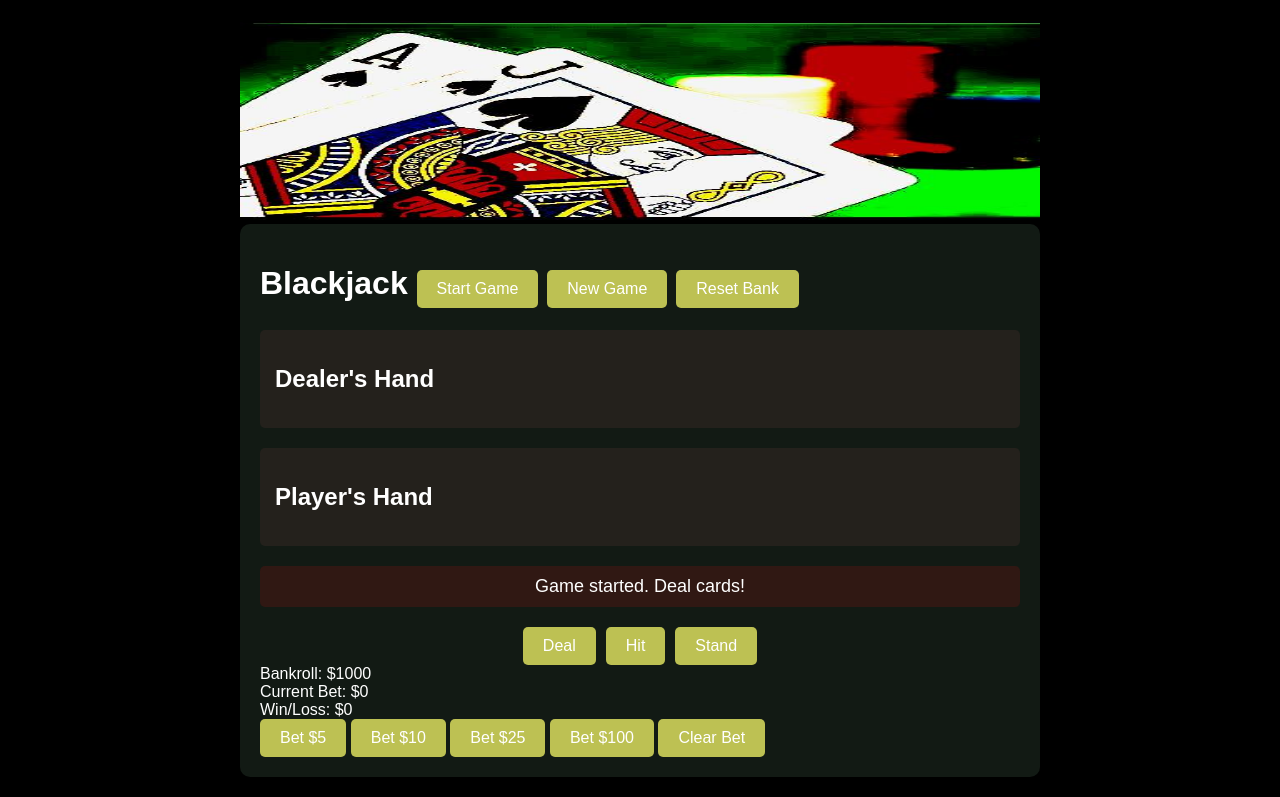
Repository: fahad7252/project-1-blackjack
Page: index.html
The author's editor kept a copy of each file at every save. The page is drawn from the files as they stood at one save, then again after the next save.
The browser window is 1280 px wide. The pictures show the whole page.

Above is the page before, as saved 2024-12-02 16:41:39.
Console error: ReferenceError: handleDeal is not defined

### index.html
<!DOCTYPE html>
<html lang="en">
<head>
    <meta charset="UTF-8">
    <meta name="viewport" content="width=device-width, initial-scale=1.0">
    <title>Blackjack Game</title>
    <link rel="stylesheet" href="css/main.css" type="text/css">
    <link rel="stylesheet" href="css/cardstarter.css" type="text/css">
</head>
<body>
    <img src="blackjack.JPG"  class="landing-image">
    <div class="game-board">
        <h1>Blackjack <button id="start-button">Start Game</button>
             <button id="new-game-button">New Game</button>
             <button id="reset-bank-button">Reset Bank</button></h1>
         <div class="hand">
            <h2>Dealer's Hand</h2>
            <div id="dealer-hand"></div>
        </div>

        <div class="hand">
            <h2>Player's Hand</h2>
            <div id="player-hand"></div>
        </div>

        <div id="message">Game started. Deal cards!</div>

        <div class="controls">
            <button id="deal-button">Deal</button>
            <button id="hit-button">Hit</button>
            <button id="stand-button">Stand</button>

        </div>
        <div class="bank-stats">
            <div>Bankroll: $<span id="bankroll">1000</span></div>
            <div>Current Bet: $<span id="current-bet">0</span></div>
            <div>Win/Loss: $<span id="win-loss">0</span></div>
        </div>

        <div class="betting-controls">
            <button id="bet-5">Bet $5</button>
            <button id="bet-10">Bet $10</button>
            <button id="bet-25">Bet $25</button>
            <button id="bet-100">Bet $100</button>
            <button id="clear-bet">Clear Bet</button>
        </div>
    </div>
    <div class="card09"></div>
    <script defer src="js/main.js"></script>
</body>
</html>

### css/main.css
body {
    font-family: Arial, sans-serif;
    max-width: 800px;
    margin: 0 auto;
    padding: 20px;
    background-color: #000000;
    color: white;
}
.landing-image { width: 100%;
     height: auto;
     max-height: 200px;
}
.game-board {
    background-color: #121a14;
    padding: 20px;
    border-radius: 10px;
    box-shadow: 0 0 10px rgba(0, 0, 0, 0.3);
    height: auto;
}
.hand {
    margin: 20px 0;
    padding: 15px;
    background-color: rgba(113, 62, 62, 0.2);
    border-radius: 5px;
}
.controls {
    display: flex;
    gap: 10px;
    justify-content: center;
    margin-top: 20px;
}
button {
    padding: 10px 20px;
    font-size: 16px;
    cursor: pointer;
    background-color: #bdc153;
    color: white;
    border: none;
    border-radius: 5px;
}
button:disabled {
    background-color: #cccccc;
    cursor: not-allowed;
}
#message {
    text-align: center;
    font-size: 18px;
    margin: 20px 0;
    padding: 10px;
    background-color: rgba(168, 17, 17, 0.2);
    border-radius: 5px;
}

### css/cardstarter.css
@charset "UTF-8";
.card {
  box-sizing: border-box;
  display: inline-block;
  margin: 5px 5px 50px 5px;
  cursor: pointer;
  /* Set the card's dimensions, and size it relative to
     it's font size. */
  font-size: inherit;
  width: 4.0em;
  height: 5.5em;
  /* Add a default background color and border. */
  background-color: #fff;
  border-radius: 0.20em;
  border: 1px solid #c3c3c3;
  /* Scale and set the background settings. */
  background-repeat: no-repeat;
  background-position: center center;
  background-size: contain;
  /* "Hide" any text within the element (use text to be
     simply compliant with screen readers, etc.). */
  text-indent: 100%;
  white-space: nowrap;
  overflow: hidden;
  /* Default sizes for cards (size based off the font). */
  /* Optional styles for cards: borderless and drop shadow. */
  /* Not a card, but a card-shaped outline to represent a
     droppable place, like an empty pile. */ }
  .card.small {
    font-size: 12px; }
  .card.large {
    font-size: 26px; }
  .card.xlarge {
    font-size: 42px; }
  .card.no-border {
    border: 0; }
  .card.shadow {
    box-shadow: 2px 2px 3px 0 rgba(41, 41, 41, 0.75); }
  .card.outline {
    background-image: none;
    background-color: rgba(195, 195, 195, 0.5);
    border: 0.15em dashed #daa520; }

.card.diamonds.A,
.card.dA,
.card.♦A {
  background-image: url("../images/diamonds/diamonds-A.svg"); }

.card.diamonds.K,
.card.dK,
.card.♦K {
  background-image: url("../images/diamonds/diamonds-K.svg"); }

.card.diamonds.Q,
.card.dQ,
.card.♦Q {
  background-image: url("../images/diamonds/diamonds-Q.svg"); }

.card.diamonds.J,
.card.dJ,
.card.♦J {
  background-image: url("../images/diamonds/diamonds-J.svg"); }

.card.diamonds.r10,
.card.d10,
.card.♦10 {
  background-image: url("../images/diamonds/diamonds-r10.svg"); }

.card.diamonds.r09,
.card.d09,
.card.♦09 {
  background-image: url("../images/diamonds/diamonds-r09.svg"); }

.card.diamonds.r08,
.card.d08,
.card.♦08 {
  background-image: url("../images/diamonds/diamonds-r08.svg"); }

.card.diamonds.r07,
.card.d07,
.card.♦07 {
  background-image: url("../images/diamonds/diamonds-r07.svg"); }

.card.diamonds.r06,
.card.d06,
.card.♦06 {
  background-image: url("../images/diamonds/diamonds-r06.svg"); }

.card.diamonds.r05,
.card.d05,
.card.♦05 {
  background-image: url("../images/diamonds/diamonds-r05.svg"); }

.card.diamonds.r04,
.card.d04,
.card.♦04 {
  background-image: url("../images/diamonds/diamonds-r04.svg"); }

.card.diamonds.r03,
.card.d03,
.card.♦03 {
  background-image: url("../images/diamonds/diamonds-r03.svg"); }

.card.diamonds.r02,
.card.d02,
.card.♦02 {
  background-image: url("../images/diamonds/diamonds-r02.svg"); }

.card.hearts.A,
.card.hA,
.card.♥A {
  background-image: url("../images/hearts/hearts-A.svg"); }

.card.hearts.K,
.card.hK,
.card.♥K {
  background-image: url("../images/hearts/hearts-K.svg"); }

.card.hearts.Q,
.card.hQ,
.card.♥Q {
  background-image: url("../images/hearts/hearts-Q.svg"); }

.card.hearts.J,
.card.hJ,
.card.♥J {
  background-image: url("../images/hearts/hearts-J.svg"); }

.card.hearts.r10,
.card.h10,
.card.♥10 {
  background-image: url("../images/hearts/hearts-r10.svg"); }

.card.hearts.r09,
.card.h09,
.card.♥09 {
  background-image: url("../images/hearts/hearts-r09.svg"); }

.card.hearts.r08,
.card.h08,
.card.♥08 {
  background-image: url("../images/hearts/hearts-r08.svg"); }

.card.hearts.r07,
.card.h07,
.card.♥07 {
  background-image: url("../images/hearts/hearts-r07.svg"); }

.card.hearts.r06,
.card.h06,
.card.♥06 {
  background-image: url("../images/hearts/hearts-r06.svg"); }

.card.hearts.r05,
.card.h05,
.card.♥05 {
  background-image: url("../images/hearts/hearts-r05.svg"); }

.card.hearts.r04,
.card.h04,
.card.♥04 {
  background-image: url("../images/hearts/hearts-r04.svg"); }

.card.hearts.r03,
.card.h03,
.card.♥03 {
  background-image: url("../images/hearts/hearts-r03.svg"); }

.card.hearts.r02,
.card.h02,
.card.♥02 {
  background-image: url("../images/hearts/hearts-r02.svg"); }

.card.spades.A,
.card.sA,
.card.♠A {
  background-image: url("../images/spades/spades-A.svg"); }

.card.spades.K,
.card.sK,
.card.♠K {
  background-image: url("../images/spades/spades-K.svg"); }

.card.spades.Q,
.card.sQ,
.card.♠Q {
  background-image: url("../images/spades/spades-Q.svg"); }

.card.spades.J,
.card.sJ,
.card.♠J {
  background-image: url("../images/spades/spades-J.svg"); }

.card.spades.r10,
.card.s10,
.card.♠10 {
  background-image: url("../images/spades/spades-r10.svg"); }

.card.spades.r09,
.card.s09,
.card.♠09 {
  background-image: url("../images/spades/spades-r09.svg"); }

.card.spades.r08,
.card.s08,
.card.♠08 {
  background-image: url("../images/spades/spades-r08.svg"); }

.card.spades.r07,
.card.s07,
.card.♠07 {
  background-image: url("../images/spades/spades-r07.svg"); }

.card.spades.r06,
.card.s06,
.card.♠06 {
  background-image: url("../images/spades/spades-r06.svg"); }

.card.spades.r05,
.card.s05,
.card.♠05 {
  background-image: url("../images/spades/spades-r05.svg"); }

.card.spades.r04,
.card.s04,
.card.♠04 {
  background-image: url("../images/spades/spades-r04.svg"); }

.card.spades.r03,
.card.s03,
.card.♠03 {
  background-image: url("../images/spades/spades-r03.svg"); }

.card.spades.r02,
.card.s02,
.card.♠02 {
  background-image: url("../images/spades/spades-r02.svg"); }

.card.clubs.A,
.card.cA,
.card.♣A {
  background-image: url("../images/clubs/clubs-A.svg"); }

.card.clubs.K,
.card.cK,
.card.♣K {
  background-image: url("../images/clubs/clubs-K.svg"); }

.card.clubs.Q,
.card.cQ,
.card.♣Q {
  background-image: url("../images/clubs/clubs-Q.svg"); }

.card.clubs.J,
.card.cJ,
.card.♣J {
  background-image: url("../images/clubs/clubs-J.svg"); }

.card.clubs.r10,
.card.c10,
.card.♣10 {
  background-image: url("../images/clubs/clubs-r10.svg"); }

.card.clubs.r09,
.card.c09,
.card.♣09 {
  background-image: url("../images/clubs/clubs-r09.svg"); }

.card.clubs.r08,
.card.c08,
.card.♣08 {
  background-image: url("../images/clubs/clubs-r08.svg"); }

.card.clubs.r07,
.card.c07,
.card.♣07 {
  background-image: url("../images/clubs/clubs-r07.svg"); }

.card.clubs.r06,
.card.c06,
.card.♣06 {
  background-image: url("../images/clubs/clubs-r06.svg"); }

.card.clubs.r05,
.card.c05,
.card.♣05 {
  background-image: url("../images/clubs/clubs-r05.svg"); }

.card.clubs.r04,
.card.c04,
.card.♣04 {
  background-image: url("../images/clubs/clubs-r04.svg"); }

.card.clubs.r03,
.card.c03,
.card.♣03 {
  background-image: url("../images/clubs/clubs-r03.svg"); }

.card.clubs.r02,
.card.c02,
.card.♣02 {
  background-image: url("../images/clubs/clubs-r02.svg"); }

.card.joker {
  background-image: url("../images/jokers/joker.svg"); }

.card.joker-black {
  background-image: url("../images/jokers/joker-black.svg"); }

.card.joker-red {
  background-image: url("../images/jokers/joker-red.svg"); }

.card.back {
  background-image: url("../images/backs/blue.svg"); }

.card.back-blue {
  background-image: url("../images/backs/blue.svg"); }

.card.back-red {
  background-image: url("../images/backs/red.svg"); }

.card.tot {
  background-image: url("../images/backs/tot.png");
}

/* Re-orients the cards for different directions. While
   they are symmetric, it's still important to orient
   them correctly in case text or other symbols are
   layered on them with CSS pseudo-selectors, new
   classes/rules, etc. */
.card.west,
.card.W {
  transform: rotate(90deg);
  margin: auto 0.75em; }
  .card.west.shadow,
  .card.W.shadow {
    box-shadow: 2px -2px 3px 0 rgba(41, 41, 41, 0.75); }

.card.north,
.card.N {
  transform: rotate(180deg); }
  .card.north.shadow,
  .card.N.shadow {
    box-shadow: -2px -2px 3px 0 rgba(41, 41, 41, 0.75); }

.card.east,
.card.E {
  transform: rotate(270deg);
  margin: auto 0.75em; }
  .card.east.shadow,
  .card.E.shadow {
    box-shadow: -2px 2px 3px 0 rgba(41, 41, 41, 0.75); }

### js/main.js
 /*----- constants -----*/
  const suits = ["Hearts", "Diamond", "Clubs", "Spades"];
  const values = ["2", "3", "4", "5", "6", "7", "8", "9", "10", "J", "Q", "K", "A"];

  /*----- state variables -----*/

   let deck = [];
   let playerHand = [];
   let dealerHand = [];
   let bankroll = 1000;
   let currentBet = 0;
   let winLoss = 0;

  /*----- cached elements  -----*/
const messageElement = document.getElementById('message');
const dealerHandElement = document.getElementById('dealer-hand');
const playerHandElement = document.getElementById('player-hand');
const bankrollElement = document.getElementById('bankroll');
const currentBetElement = document.getElementById('current-bet');
const winLossElement = document.getElementById('win-loss');

  /*----- event listeners -----*/
  document.addEventListener('DOMContentLoaded', init);
  document.getElementById('deal-button').addEventListener('click', handleDeal);
  document.getElementById('hit-button').addEventListener('click', handleHit);
  document.getElementById('stand-button').addEventListener('click', handleStand);
  document.getElementById('start-button').addEventListener('click', startGame);
  document.getElementById('new-game-button').addEventListener('click', newGame);
  document.getElementById('reset-bank-button').addEventListener('click', resetBank);

  /*----- functions -----*/
  function init() {

    createDeck();
    shuffleDeck();
    startGame();
    stakeMoney();
     playerHand = [];
      dealerHand = [];
       message.textContent = 'Game started. Deal cards!';

        updateHands();
        hitStand();
        winnerLoser();
        newGame();
        resetBank();
       render()
  }

After the next save:
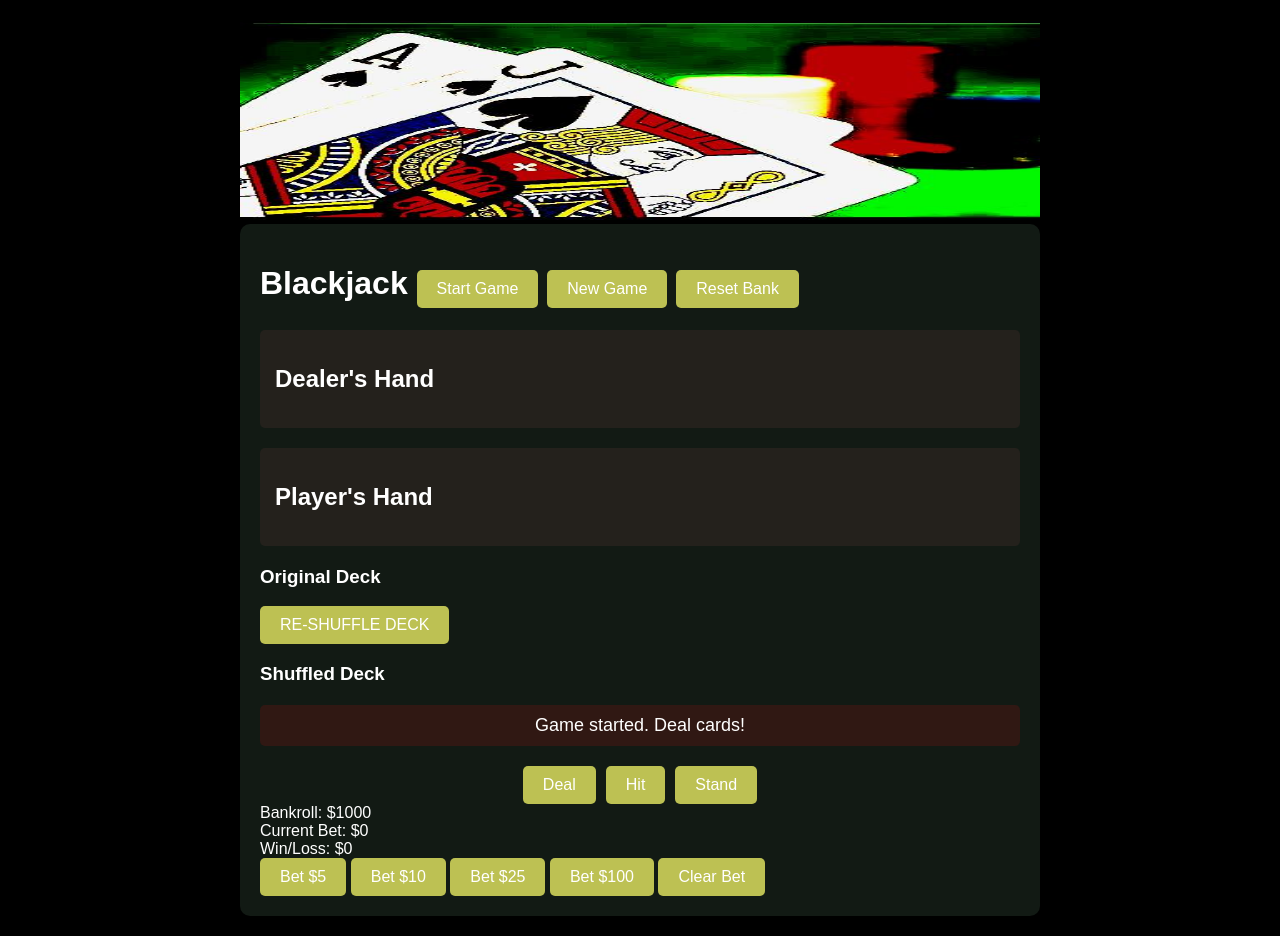
Saved 2 min 14 s later.
--- a/index.html
+++ b/index.html
@@ -22,7 +22,12 @@
             <h2>Player's Hand</h2>
             <div id="player-hand"></div>
         </div>
-
+        <h3>Original Deck</h3>
+  <section id="original-deck-container" class="card-container"></section>
+  <button>RE-SHUFFLE DECK</button>
+  <h3>Shuffled Deck</h3>
+  <section id="shuffled-deck-container" class="card-container">
+  </section>
         <div id="message">Game started. Deal cards!</div>
 
         <div class="controls">
